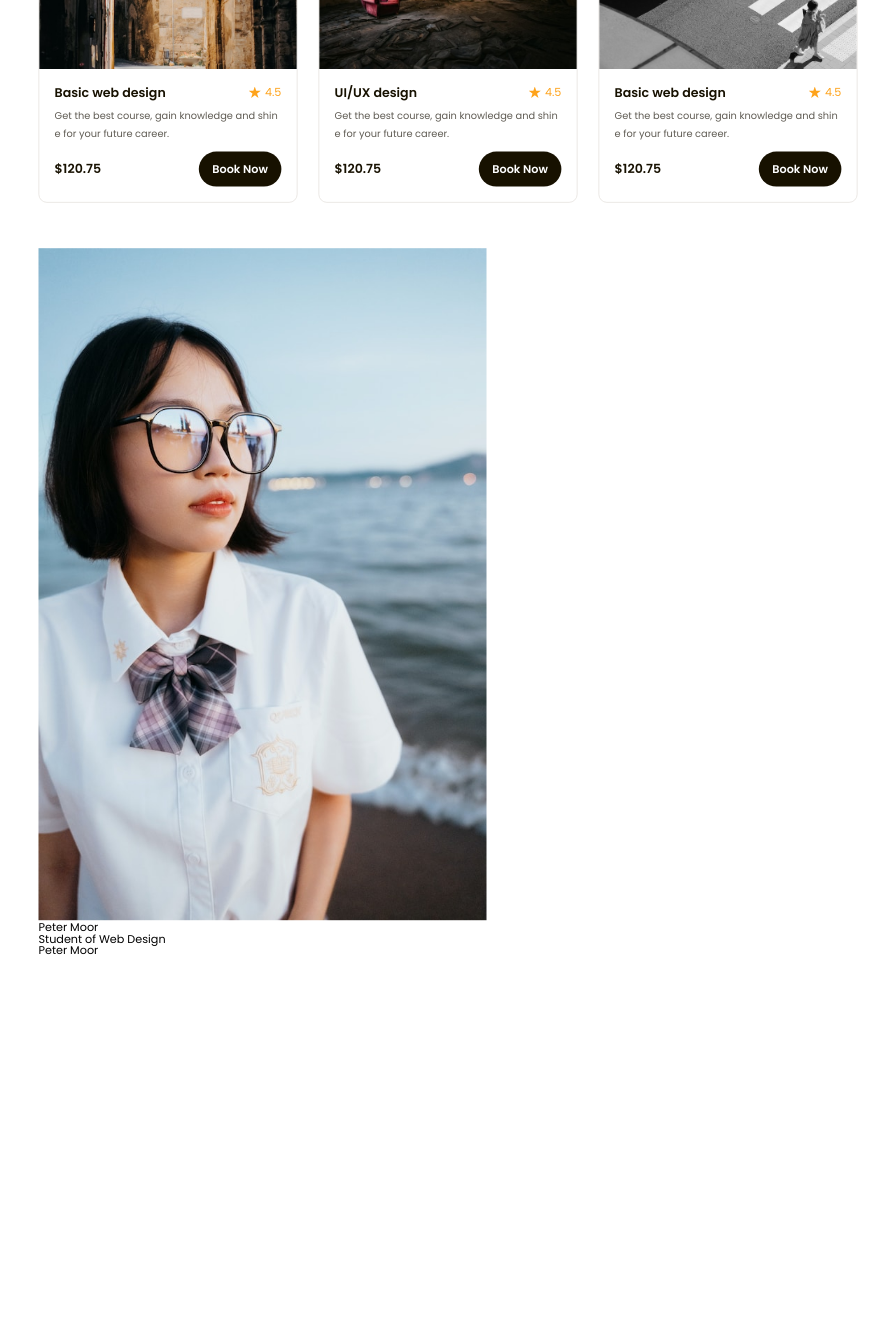
Repository: empty24062002/f8-htmlcss-02-pratice
Page: index.html
The author's editor kept a copy of each file at every save. The page is drawn from the files as they stood at one save, then again after the next save.
The browser window is 1280 px wide. The pictures show the part of the page from y = 1431 to 3351 px (the page is 5187 px tall), at 70% of full size.
A picture or video elsewhere on the page could not be fetched, so the positions and the page height are approximate.

Above is the page before, as saved 2023-07-19 09:17:34.

After the next save:
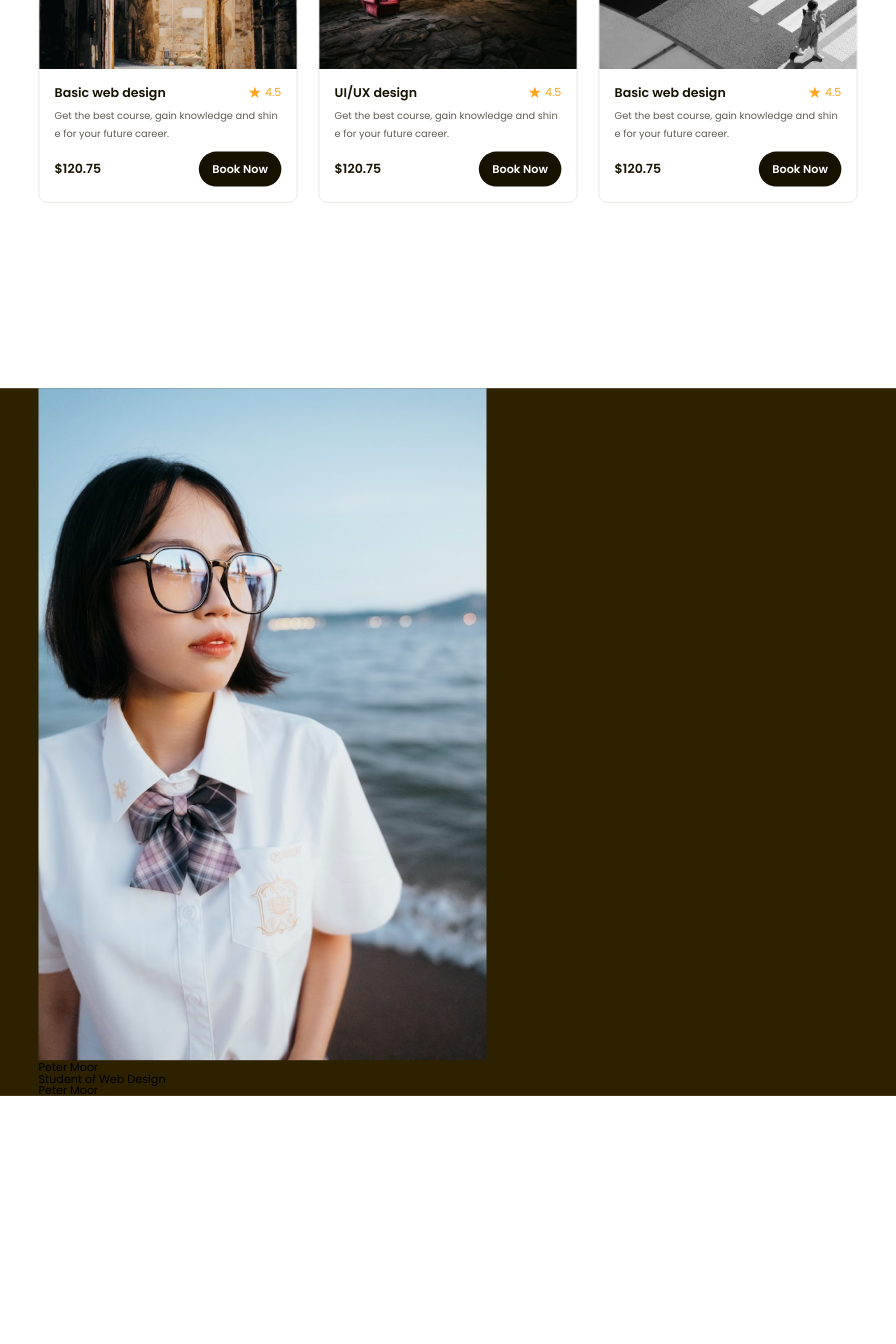
Saved 40 s later.
--- a/assets/css/styles.css
+++ b/assets/css/styles.css
@@ -403,3 +403,9 @@ a {
 .popular .course-item .book-btn:hover {
     background-color: var(--primary-color);
 }
+
+/* Feedback */
+.feedback {
+    margin-top: 200px;
+    background-color: #2e2100;
+}
